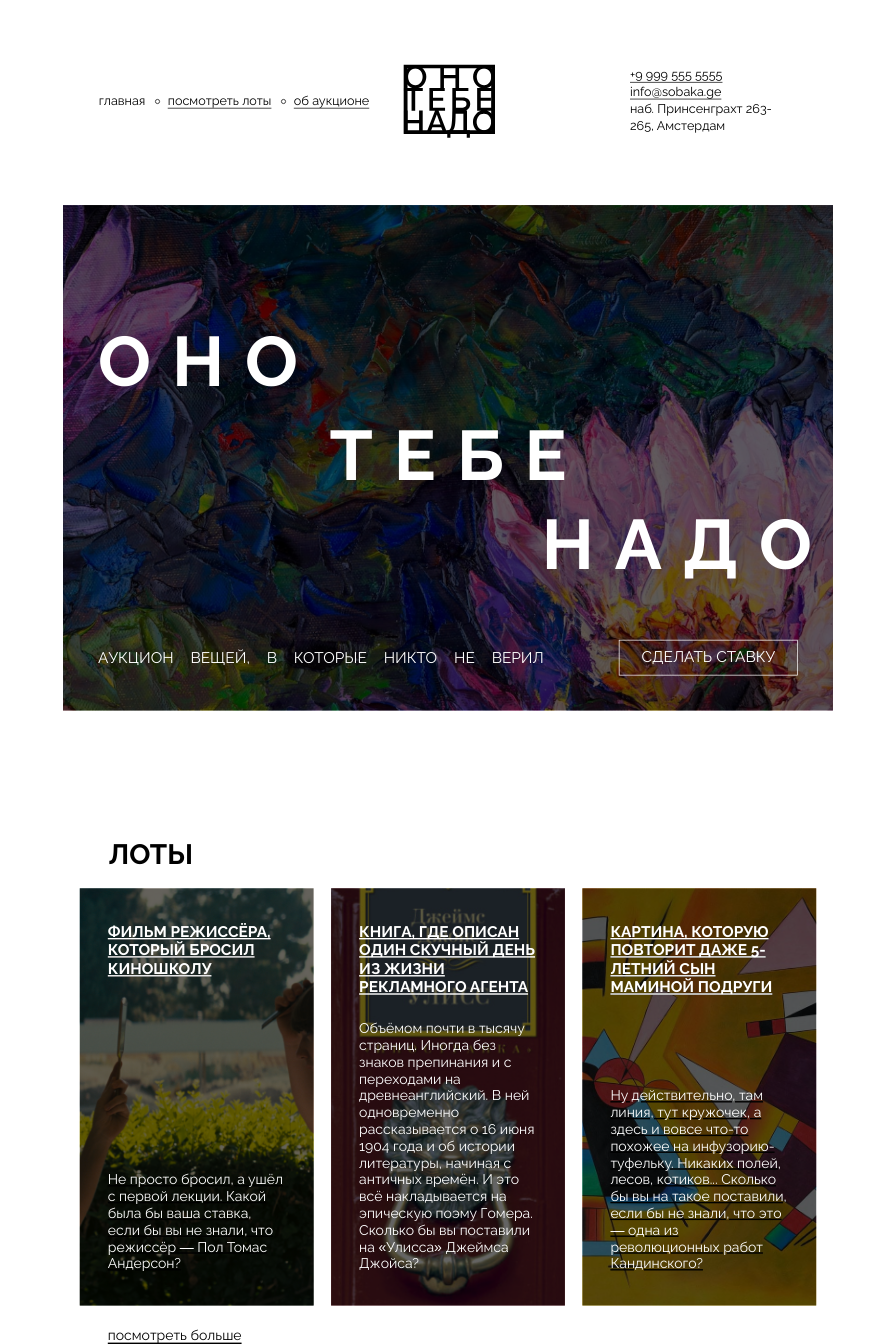
Repository: NikWolf75/ono-tebe-nado-fd
Page: index.html
The author's editor kept a copy of each file at every save. The page is drawn from the files as they stood at one save, then again after a run of saves.
The browser window is 1280 px wide. The pictures show the part of the page from y = 0 to 1920 px (the page is 2992 px tall), at 70% of full size.

Above is the page before, as saved 2024-12-18 15:37:05.

After the next 2 saves:
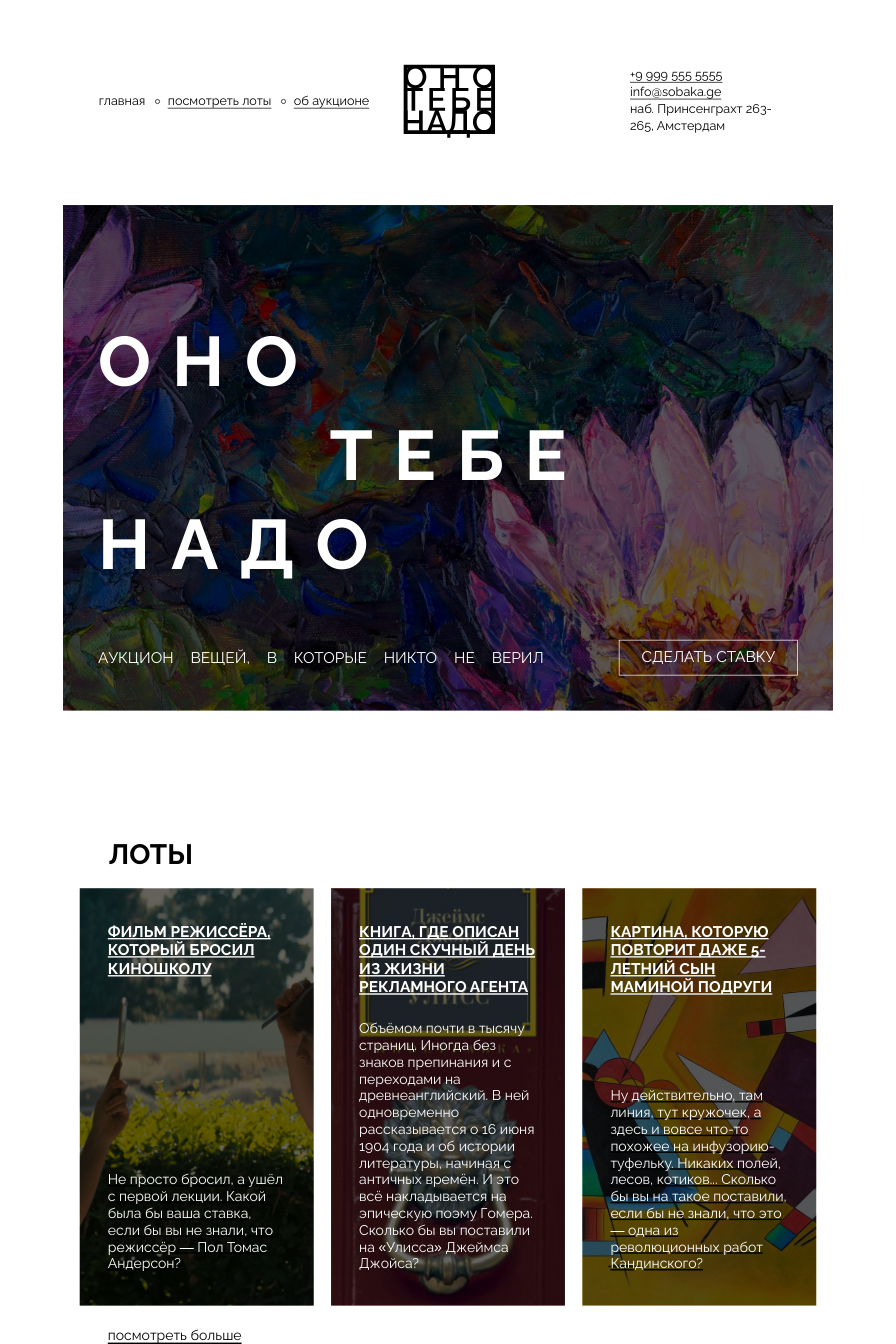
The 2 saves are shown as one change because they came seconds apart.
The last was saved 8 s later.
--- a/styles/style.css
+++ b/styles/style.css
@@ -91,7 +91,7 @@
 
 .text-right {
   display: flex;
-  justify-self: end;
+  text-align: end;
 }
 
 .cover__discription {
